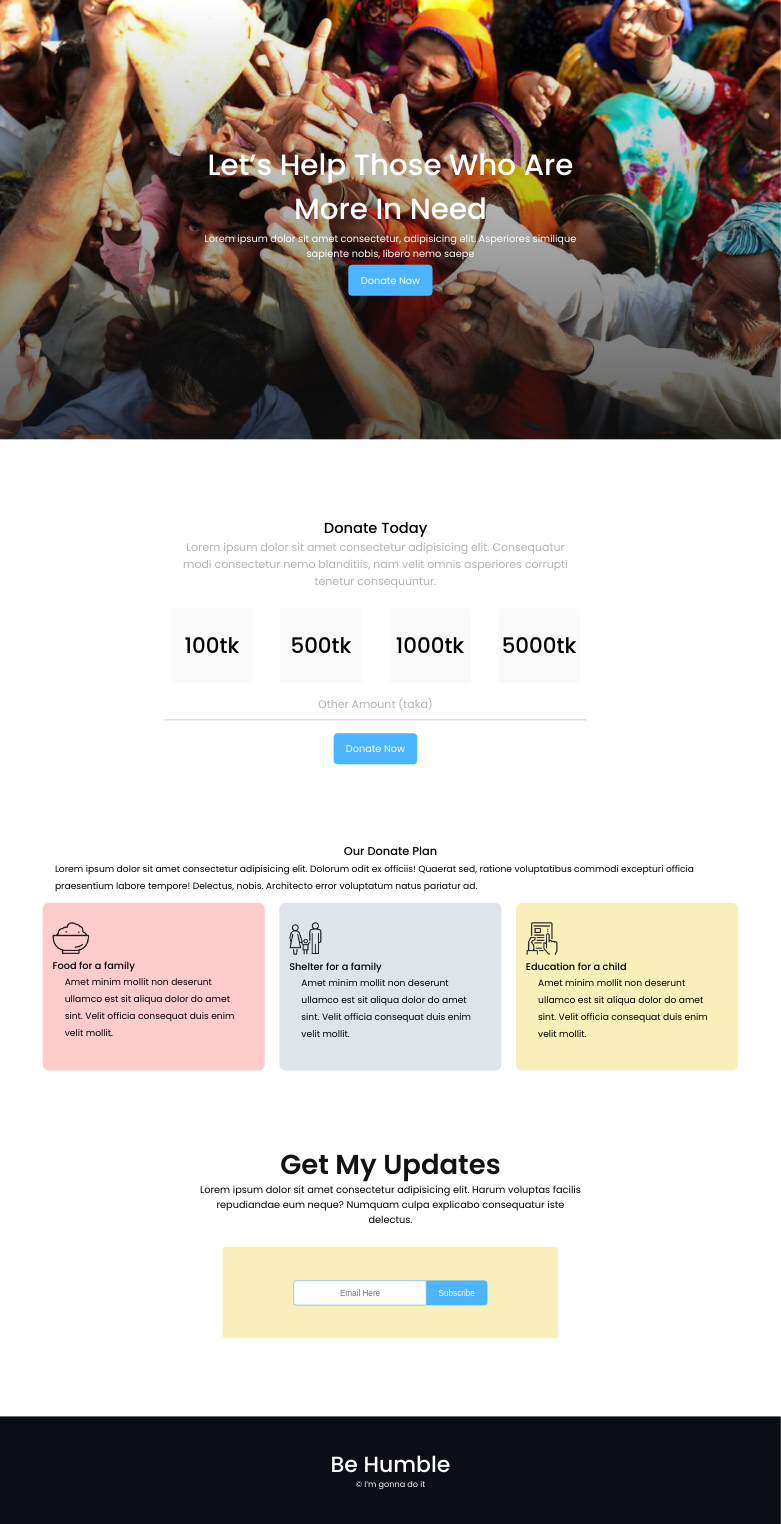
Repository: mdrubel02/donate-website
Page: index.html
The author's editor kept a copy of each file at every save. The page is drawn from the files as they stood at one save, then again after the next save.
The browser window is 1280 px wide. The pictures show the whole page, at 61% of full size.

Above is the page before, as saved 2022-07-06 20:26:15.

### index.html
<!DOCTYPE html>
<html lang="en">

<head>
    <meta charset="UTF-8">
    <meta http-equiv="X-UA-Compatible" content="IE=edge">
    <meta name="viewport" content="width=device-width, initial-scale=1.0">
    <title>Our Donate Website</title>
    <link rel="stylesheet" href="./index.css">
</head>

<body>
    <!-- banner section -->
    <section class="banner-section">
        <div class="banner-content">
            <h1>Let’s Help Those Who Are More In Need</h1>
            <p>Lorem ipsum dolor sit amet consectetur, adipisicing elit. Asperiores similique
                sapiente nobis, libero nemo saepe</p>
            <a href="" class="btn btn-primary">Donate Now</a>
        </div>
    </section>

    <!-------- Donate Today------->
    <section class="container">
        <div class="donate-section">
            <h2 class="section-title">Donate Today</h2>

            <p class="small-title">Lorem ipsum dolor sit amet consectetur adipisicing elit. Consequatur modi
                consectetur nemo blanditiis, nam velit omnis asperiores corrupti tenetur consequuntur.</p>

            <div class="donate-today">
                <div class="donate-content">
                    <h3>100<span>tk</span> </h3>
                </div>
                <div class="donate-content">
                    <h3>500<span>tk</span> </h3>
                </div>
                <div class="donate-content">
                    <h3>1000<span>tk</span> </h3>
                </div>
                <div class="donate-content">
                    <h3>5000<span>tk</span> </h3>
                </div>
            </div>
            <p>Other Amount <span>(taka)</span></p>
            <hr>
            <a href="" class="btn btn-primary">Donate Now</a>
        </div>
    </section>

    <!---------- donate plan section-------- -->
    <section class="container">
        <h3 class="section-title">Our Donate Plan</h3>
        <p class="small-title">Lorem ipsum dolor sit amet consectetur adipisicing elit. Dolorum odit ex officiis!
            Quaerat sed, ratione voluptatibus commodi excepturi officia praesentium labore tempore! Delectus, nobis.
            Architecto error voluptatum natus pariatur ad.</p>
        <div class="donate-plan-section">
            <div id="food" class="donate-plan-content">
                <img src="./icons/food.png" alt="">
                <h4>Food for a family</h4>
                <p class="small-title">Amet minim mollit non deserunt ullamco est sit aliqua dolor do amet sint. Velit
                    officia consequat duis enim velit mollit.</p>
            </div>
            <div id="Shelter" class="donate-plan-content">
                <img src="./icons/shelter.png" alt="">
                <h4>Shelter for a family</h4>
                <p class="small-title">Amet minim mollit non deserunt ullamco est sit aliqua dolor do amet sint. Velit
                    officia consequat duis enim velit mollit.</p>
            </div>
            <div id="education" class="donate-plan-content">
                <img src="./icons/Frame-1.png" alt="">
                <h4>Education for a child</h4>
                <p class="small-title">Amet minim mollit non deserunt ullamco est sit aliqua dolor do amet sint. Velit
                    officia consequat duis enim velit mollit.</p>
            </div>
        </div>
    </section>

    <!-- Update Section -->
    <section class="container">
        <div class="section-title">
            <h1 class="title">Get My Updates</h1>
            <p>Lorem ipsum dolor sit amet consectetur adipisicing elit. Harum voluptas facilis repudiandae eum neque?
                Numquam culpa explicabo consequatur iste delectus.</p>
        </div>
        <div class="update-section">
            <div class="update-content">
                <input class="email-input" type="email" placeholder="Email Here">
                <input class="submit-input" type="submit" value="Subscribe">
            </div>
        </div>
    </section>

    <!------- Footer Section---- -->
    <footer>
        <h1>Be Humble</h1>
        <small>&copy; I’m gonna do it</small>
    </footer>
</body>

</html>

### index.css
/* =====GOOGLE FONTS====== */
@import url('https://fonts.googleapis.com/css2?family=Poppins:wght@300;400;500;600&display=swap');

/* =====COMMON STYLES====== */
* {
    margin: 0;
    padding: 0;
    border: 0;
    outline: 0;
    list-style: none;
    text-decoration: none;
}

body {
    font-family: 'Poppins', sans-serif;
}

h1,
h2,
h3,
h4,
h5,
h6 {
    font-weight: 500;
}

/* img {
    display: block;
    width: 100%;
    object-fit: cover;
} */

.container {
    max-width: 1200px;
    margin: 0 auto;
    padding: 0 30px;
    margin-top: 10%;
    margin-bottom: 10%;
    box-sizing: border-box;
}

a {
    color: #fff;
    transition: all 400ms ease;
}

a:hover {
    color: #fff;
}

.btn {
    text-align: center;
    width: max-content;
    display: inline-block;
    color: #fff;
    padding: 0.75rem 1.2rem;
    border-radius: 0.4rem;
    border: 1px solid #4db5ff;
    transition: all 400ms ease;
}

.btn:hover {
    background: #fff;
    color: #4db5ff;
    border: 1px solid #4db5ff;
}

.btn-primary {
    background: #4db5ff;
    color: #fff;
}

.section-title {
    text-align: center;
    padding: 0 250px;
}
.title{
    color: #121212;
    font-weight: 700;
    font-size: 45px;
    line-height: 54px;
    text-align: center;
}
.small-title {
    font-family: 'Poppins';
    font-style: normal;
    font-weight: 400;
    padding: 0 20px;
    font-size: 15px;
    line-height: 28px;
    ;
    margin-bottom: .9rem;
}

hr {
    border: 1px solid #DADADA;
    margin-bottom: 1.3rem;
}


/* ========BANNER SECTION STYLE======== */

.banner-section {
    background-image: url(./images/donation0.jpg);
    background-repeat: no-repeat;
    background-size: cover;
    background-position: center center;
    height: 100vh;
    width: 100%;
    position: relative;
    z-index: 1;
    display: flex;
    flex-direction: column;
    justify-content: center;
    align-items: center;
    text-align: center;
}

.banner-section:after {
    content: "";
    position: absolute;
    top: 0;
    left: 0;
    width: 100%;
    height: 100%;
    background: linear-gradient(360deg, #121212 0%, rgba(18, 18, 18, 0) 100%);
    opacity: .7;
    z-index: -5;
}

.banner-content {
    width: 50%;
}

.banner-content h1 {
    font-size: 3rem;
    color: #fff;
}

.banner-content p {
    margin-bottom: 5px;
    color: #fff;
}

/*=========== Donate section style========= */
.donate-today {
    display: flex;
    gap: 1.5rem;
    justify-content: space-around;

}

.donate-content {
    width: 135px;
    height: 123px;
    background: #FAFAFA;
    border-radius: 5px;
    font-size: 30px;
    font-weight: 700;
    line-height: 36px;
    display: flex;
    justify-content: center;
    align-items: center;
    margin: 1.2rem 0;
    transition: all 400ms ease;
}

.donate-content:hover {
    border: 2px solid #FF5959;
    border-radius: 5px;
    color: #FF5959;
}

.donate-section {
    width: 691px;
    margin-left: 200px;
    text-align: center;
}

.donate-section p {
    text-align: center;
}

.donate-section p {
    font-weight: 400;
    font-size: 18px;
    line-height: 28px;
    color: #B3B3B3;
    text-align: center;
    margin-bottom: .7rem;
}

/*========donate plan section======= */

.donate-plan-section {
    display: flex;
    gap: 1.5rem;
}

#Shelter {
    background: #dfe4ea;
}

#food {
    background-color: #ffcccc;
}

#education {
    background-color: #F8EFBA;
}

.donate-plan-content {
    overflow: hidden;
    padding: 2rem 1rem;
    border-radius: 10px;
}

/*=======update subscribe style=======*/
.update-section {
    display: flex;
    justify-content: center;
    align-items: center;
}
.update-section p{
    text-align: center;
    width: 400px;
}
.update-content {
    display: flex;
    justify-content: center;
    align-items: center;
    width: 550px;
    height: 150px;
    background-color: #F8EFBA;
    border-radius: 5px;
    margin-top: 2rem;
}

.email-input {
    text-align: center;
    width: max-content;
    display: inline-block;
    color: #4db5ff;
    padding: 0.75rem 1.2rem;
    border-radius: 5px 0 0 5px;
    border: 1px solid #4db5ff;
}

.submit-input {
    text-align: center;
    width: max-content;
    display: inline-block;
    color: #fff;
    padding: 0.75rem 1.2rem;
    border-radius: 0 5px 5px 0;
    border: 1px solid #4db5ff;
    background-color: #4db5ff;
}

/*=======footer style=======*/
footer {
    background-color: #0B0D17;
    height: 177px;
    display: flex;
    flex-direction: column;
    justify-content: center;
    align-items: center;
}

footer h1 {
    color: #fff;
    font-size: 36px;
    line-height: 44px;
}

footer small {
    color: #fff;
}

After the next save:
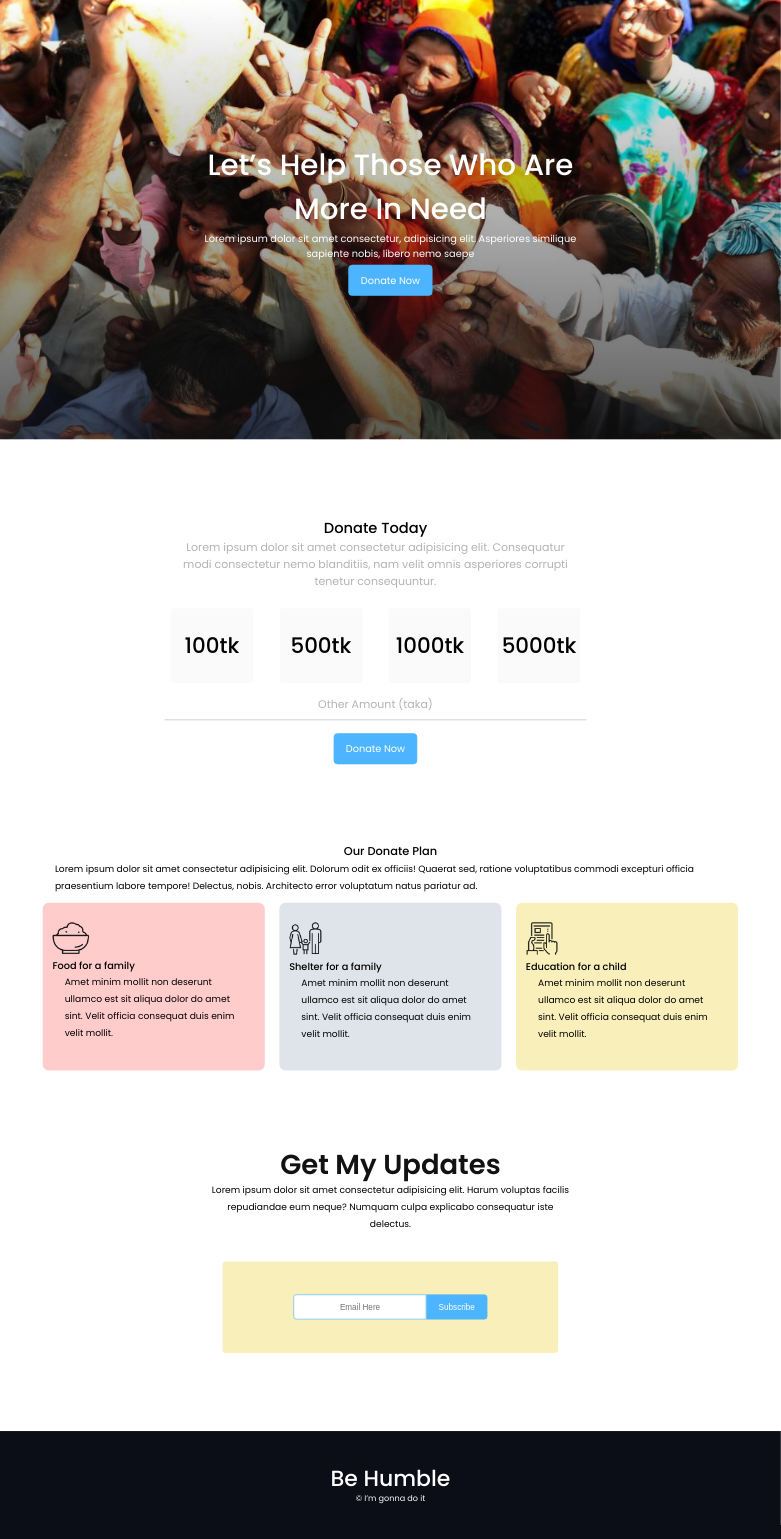
Saved 52 s later.
--- a/index.html
+++ b/index.html
@@ -80,7 +80,7 @@
     <section class="container">
         <div class="section-title">
             <h1 class="title">Get My Updates</h1>
-            <p>Lorem ipsum dolor sit amet consectetur adipisicing elit. Harum voluptas facilis repudiandae eum neque?
+            <p class="small-title">Lorem ipsum dolor sit amet consectetur adipisicing elit. Harum voluptas facilis repudiandae eum neque?
                 Numquam culpa explicabo consequatur iste delectus.</p>
         </div>
         <div class="update-section">
